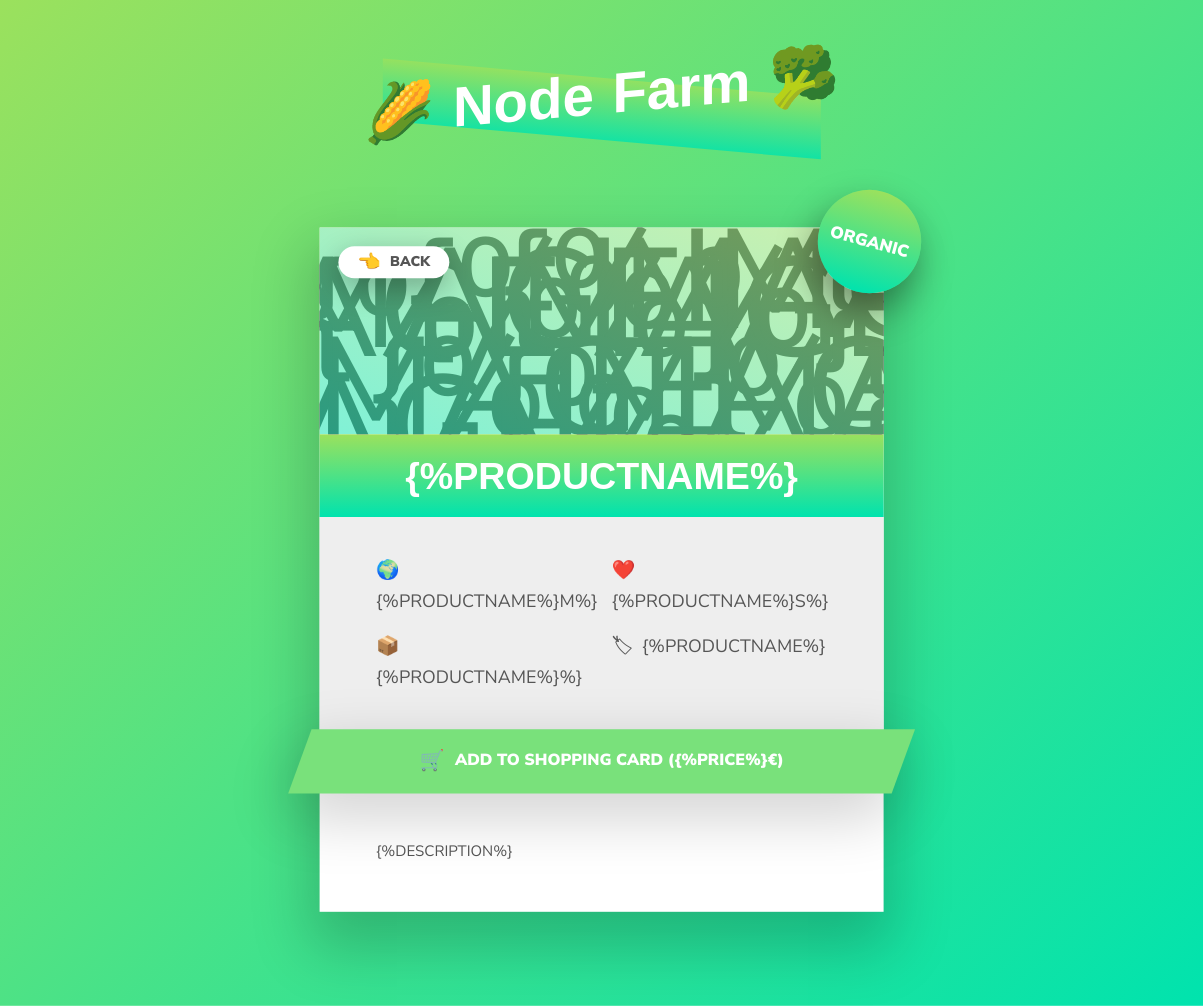
Repository: smit1298/MongoExpressNode
Page: templates/template-product.html
An editor plug-in stored every save of this project. The page is shown before and after a run of saves, followed by the edit.
The browser window is 1280 px wide. The pictures show the whole page, at 94% of full size.
Some web fonts or font styles are not loaded; a fallback is used.

Above is the page before, as saved 2022-04-10 06:38:11.

### templates/template-product.html
<!DOCTYPE html>
<html lang="en">
  <head>
    <meta charset="UTF-8" />
    <meta name="viewport" content="width=device-width, initial-scale=1.0" />
    <meta http-equiv="X-UA-Compatible" content="ie=edge" />
    <link
      href="https://fonts.googleapis.com/css?family=Megrim|Nunito+Sans:400,900"
      rel="stylesheet"
    />
    <link
      rel="icon"
      href="https://emojipedia-us.s3.dualstack.us-west-1.amazonaws.com/thumbs/240/apple/155/ear-of-maize_1f33d.png"
    />

    <title> {%PRODUCTNAME%} {%IMAGE%} /// NODE FARM</title>

    <style>
      *,
      *::before,
      *::after {
        margin: 0;
        padding: 0;
        box-sizing: inherit;
      }

      html {
        font-size: 62.5%;
        box-sizing: border-box;
      }

      body {
        padding: 5rem 5rem 10rem;
        line-height: 1.7;
        font-family: "Nunito Sans", sans-serif;
        color: #555;
        min-height: 100vh;
        background: linear-gradient(to bottom right, #9be15d, #00e3ae);
      }

      h1 {
        font-family: "Megrim", sans-serif;
        font-size: 6rem;
        color: white;
        transform: skewY(-5deg);
        text-align: center;
        position: relative;
        word-spacing: 3px;
      }

      h1::before {
        content: "";
        display: block;
        height: 65%;
        width: 49%;
        position: absolute;
        top: 105%;
        left: 50%;
        background: linear-gradient(to bottom, #9be15d, #00e3ae);
        opacity: 0.8;
        z-index: -1;
        transform: skewY(370deg) translate(-50%, -50%);
      }

      .container {
        width: 95rem;
        margin: 0 auto;
      }

      .product {
        width: 60rem;
        margin: 0 auto;
        margin-top: 9rem;
        background: white;
        box-shadow: 0 3rem 6rem 1rem rgba(0, 0, 0, 0.2);
        position: relative;
      }

      .product__hero {
        position: relative;
        height: 22rem;
        overflow: hidden;
      }

      .product__hero::before {
        content: "";
        display: block;
        height: 100%;
        width: 100%;
        position: absolute;
        top: 0;
        left: 0;
        background-image: linear-gradient(to left bottom, #9be15d, #00e3ae);
        opacity: 0.5;
        z-index: 100;
      }

      .product__emoji {
        font-size: 15rem;
        position: absolute;
      }

      .product__emoji--1 {
        top: -4rem;
        left: -2rem;
        z-index: 10;
      }

      .product__emoji--2 {
        top: -6rem;
        left: 9rem;
      }

      .product__emoji--3 {
        top: -4rem;
        right: 15rem;
      }

      .product__emoji--4 {
        top: -5rem;
        right: 2rem;
        z-index: 10;
      }

      .product__emoji--5 {
        bottom: -9rem;
        left: 18rem;
      }

      .product__emoji--6 {
        bottom: -8rem;
        left: 5rem;
      }

      .product__emoji--7 {
        bottom: -12rem;
        right: 14rem;
      }

      .product__emoji--8 {
        bottom: -8rem;
        right: -2rem;
      }

      .product__emoji--9 {
        top: -7rem;
        left: 19rem;
      }

      .product__organic {
        position: absolute;
        top: -4rem;
        right: -4rem;
        z-index: 1000;
        height: 11rem;
        width: 11rem;
        background-image: linear-gradient(to bottom, #9be15d, #00e3ae);
        border-radius: 50%;
        transform: rotate(15deg);
        box-shadow: 0 2rem 4rem rgba(0, 0, 0, 0.4);
        display: flex;
        align-items: center;
        justify-content: center;
      }

      .product__organic h5 {
        font-weight: 900;
        text-transform: uppercase;
        font-size: 1.8rem;
        color: white;
      }

      .product__back:link,
      .product__back:visited {
        position: absolute;
        top: 2rem;
        left: 2rem;
        font-size: 1.5rem;
        font-weight: 700;
        text-transform: uppercase;
        text-decoration: none;
        z-index: 1000;
        color: #555;
        background-color: white;
        box-shadow: 0 1rem 3rem rgba(0, 0, 0, 0.3);
        border-radius: 100rem;
        padding: 0 2rem;
        transition: all 0.3s;
        display: flex;
        align-items: center;
      }

      .product__back:hover,
      .product__back:active {
        background-color: #79e17b;
      }

      .product__name {
        background: linear-gradient(to bottom, #9be15d, #00e3ae);
        padding: 1rem;
        font-family: "Megrim", sans-serif;
        font-size: 4rem;
        color: white;
        text-align: center;
        word-spacing: 2px;
      }

      .product__details {
        background-color: #eee;
        padding: 4rem 6rem;
        font-size: 1.9rem;
        display: grid;
        grid-template-columns: 1fr 1fr;
        grid-gap: 1.5rem;
      }

      .product__description {
        padding: 5rem 6rem;
        font-size: 1.6rem;
        line-height: 1.8;
      }

      .product__link:link,
      .product__link:visited {
        display: block;
        background-color: #79e17b;
        color: white;
        font-size: 1.6rem;
        font-weight: 700;
        text-transform: uppercase;
        text-decoration: none;
        padding: 1.5rem;
        text-align: center;
        transform: scale(1.07) skewX(-20deg);
        box-shadow: 0 2rem 6rem rgba(0, 0, 0, 0.2);
        display: flex;
        align-items: center;
        justify-content: center;
        transition: all 0.3s;
      }

      .product__link:hover,
      .product__link:active {
        background-color: #9be15d;
        transform: scale(1.1) skewX(-20deg);
      }

      .product__link span {
        transform: skewX(20deg);
      }

      .emoji-left {
        font-size: 2rem;
        margin-right: 1rem;
      }

      .emoji-right {
        font-size: 2rem;
        margin-left: 1rem;
      }

      .not-organic {
        display: none;
      }
    </style>
  </head>

  <body>
    <div class="container">
      <h1>🌽 Node Farm 🥦</h1>

      <figure class="product">
        <div class="product__organic {%NOT_ORGANIC%}"><h5>Organic</h5></div>
        <a href="/overview" class="product__back">
          <span class="emoji-left">👈</span>Back
        </a>
        <div class="product__hero">
          <span class="product__emoji product__emoji--1">{%IMAGE%}</span>
          <span class="product__emoji product__emoji--2">{%IMAGE%}</span>
          <span class="product__emoji product__emoji--3">{%IMAGE%}</span>
          <span class="product__emoji product__emoji--4">{%IMAGE%}</span>
          <span class="product__emoji product__emoji--5">{%IMAGE%}</span>
          <span class="product__emoji product__emoji--6">{%IMAGE%}</span>
          <span class="product__emoji product__emoji--7">{%IMAGE%}</span>
          <span class="product__emoji product__emoji--8">{%IMAGE%}</span>
          <span class="product__emoji product__emoji--9">{%IMAGE%}</span>
        </div>
        <h2 class="product__name">{%PRODUCTNAME%}</h2>
        <div class="product__details">
          <p><span class="emoji-left">🌍</span>{%PRODUCTNAME%}M%}</p>
          <p><span class="emoji-left">❤️</span>{%PRODUCTNAME%}S%}</p>
          <p><span class="emoji-left">📦</span>{%PRODUCTNAME%}%}</p>
          <p><span class="emoji-left">🏷</span>{%PRODUCTNAME%}</p>
        </div>

        <a href="#" class="product__link">
          <span class="emoji-left">🛒</span>
          <span>Add to shopping card ({%PRICE%}€)</span>
        </a>

        <p class="product__description">{%DESCRIPTION%}</p>
      </figure>
    </div>
  </body>
</html>

After the next 2 saves:
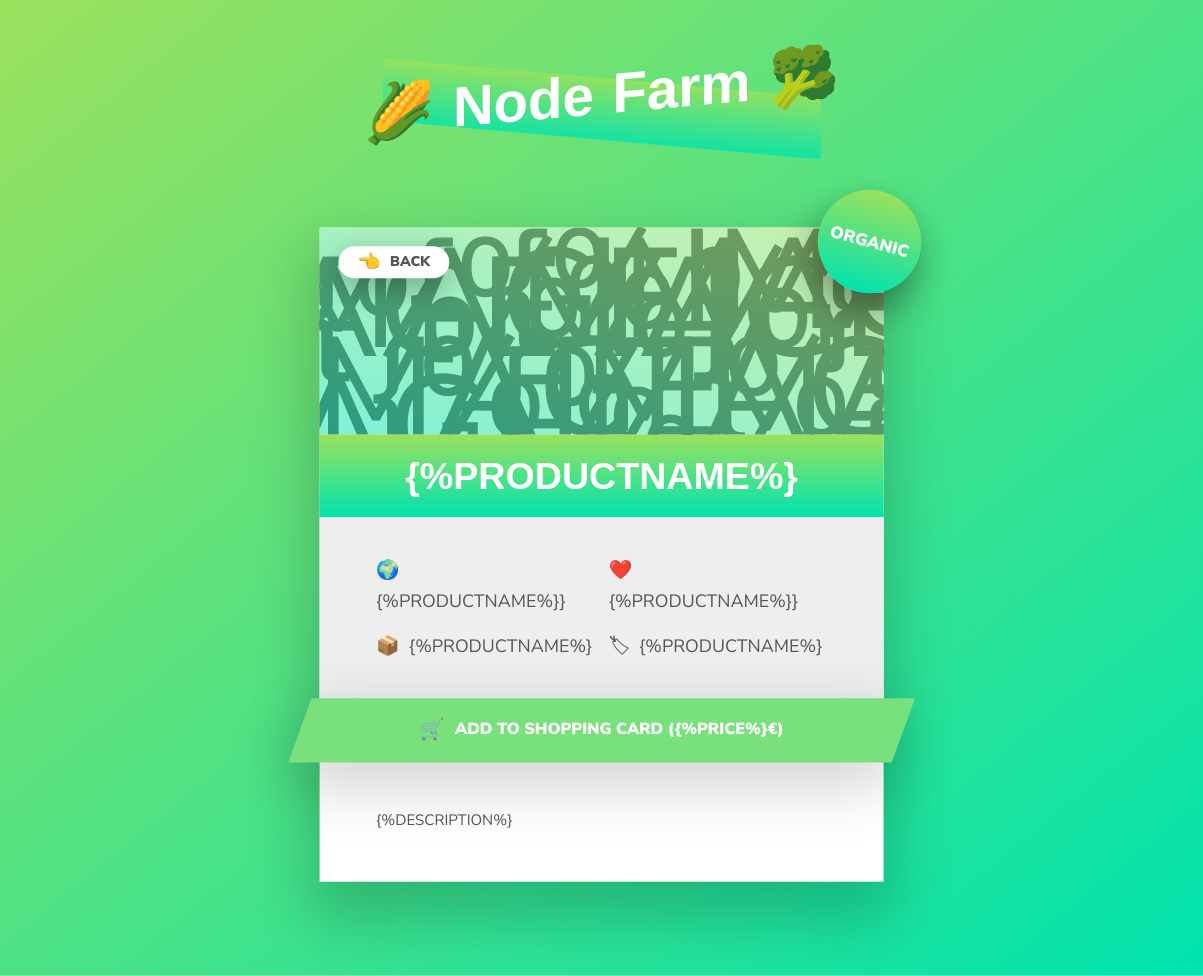
The 2 saves are shown as one change because they came seconds apart.
The last was saved 15 s later.
--- a/templates/template-product.html
+++ b/templates/template-product.html
@@ -287,9 +287,9 @@
         </div>
         <h2 class="product__name">{%PRODUCTNAME%}</h2>
         <div class="product__details">
-          <p><span class="emoji-left">🌍</span>{%PRODUCTNAME%}M%}</p>
-          <p><span class="emoji-left">❤️</span>{%PRODUCTNAME%}S%}</p>
-          <p><span class="emoji-left">📦</span>{%PRODUCTNAME%}%}</p>
+          <p><span class="emoji-left">🌍</span>{%PRODUCTNAME%}}</p>
+          <p><span class="emoji-left">❤️</span>{%PRODUCTNAME%}}</p>
+          <p><span class="emoji-left">📦</span>{%PRODUCTNAME%}</p>
           <p><span class="emoji-left">🏷</span>{%PRODUCTNAME%}</p>
         </div>
 
